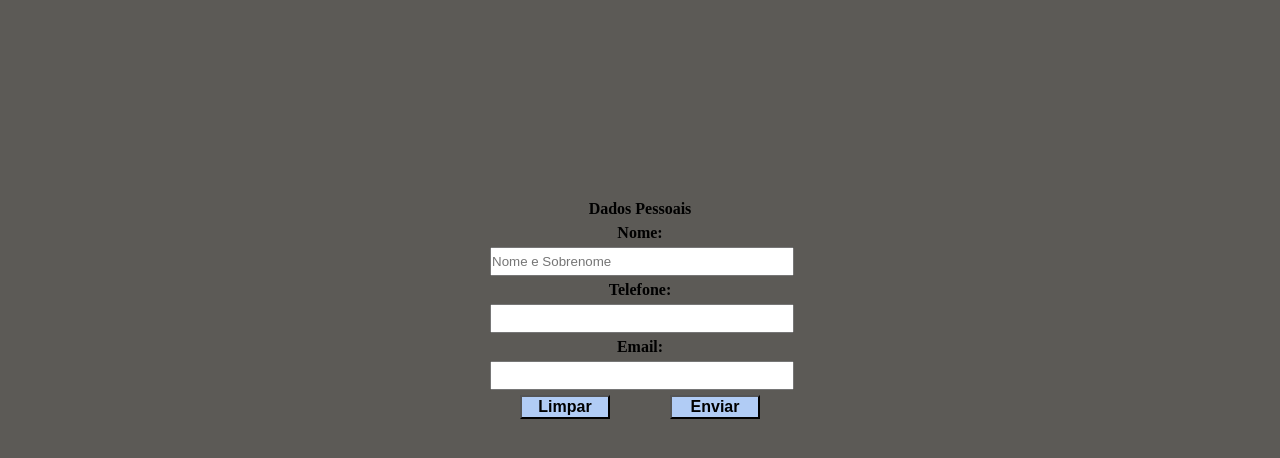
Repository: vitorrausis/Projeto_Final_TrilhaWeb
Page: ProjetoWebJava-main/exemploServlet/src/main/webapp/contato.html
The author's editor kept a copy of each file at every save. The page is drawn from the files as they stood at one save, then again after the next save.
The browser window is 1280 px wide. The pictures show the whole page.

Above is the page before, as saved 2024-03-21 23:39:51.

After the next save:
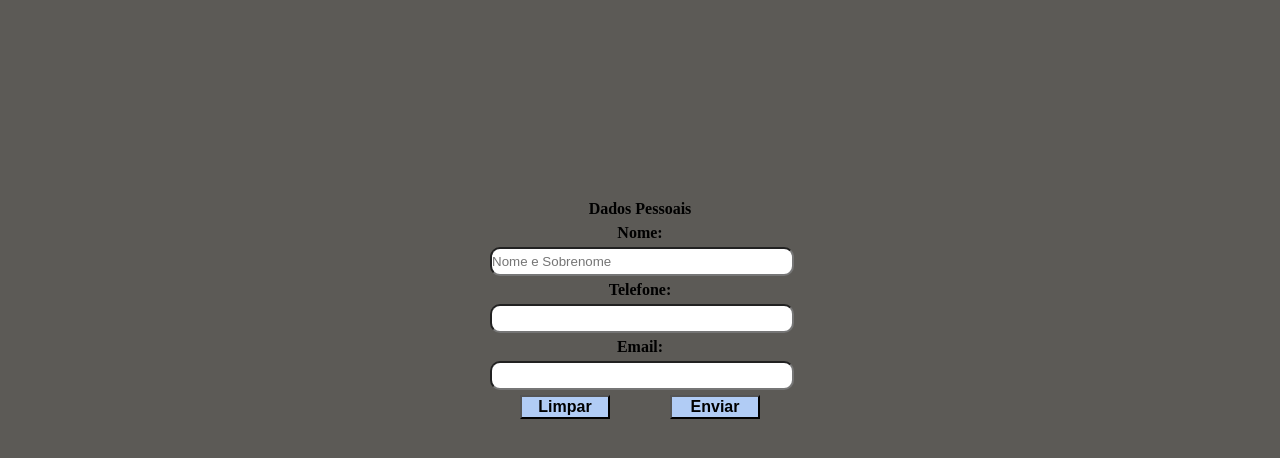
Saved 22 s later.
--- a/ProjetoWebJava-main/exemploServlet/src/main/webapp/style.css
+++ b/ProjetoWebJava-main/exemploServlet/src/main/webapp/style.css
@@ -16,7 +16,7 @@ body{
 .faleConosco input, .faleConosco textarea, .faleConosco select{
     margin: 5px auto;
     width: 100%;
-    padding-top: 10px;
+    border-radius: 10px;
     padding: 5px 0;
 }
 .faleConosco textarea{
